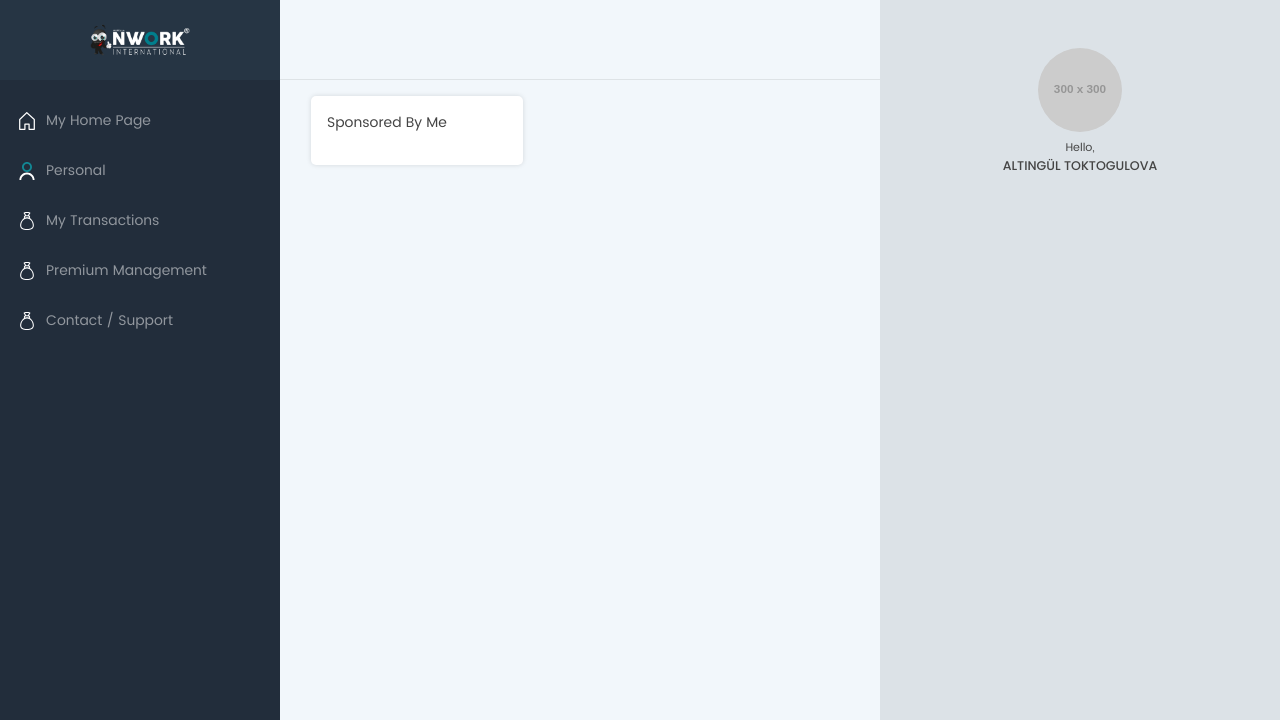
Repository: KayahanKahriman/nwork-admin
Page: index.html
These files come from the project's save history. The page is drawn as it stood at one moment and after the next save; the edit follows.
The browser window is 1280 px wide. The pictures show the whole page.
Some web fonts or font styles are not loaded; a fallback is used. The style sheet was rebuilt from its Sass, Less or Tailwind sources for each picture, by a compiler version that may differ from the author's.

Above is the page before, as saved 2021-06-09 16:15:33.

After the next save:
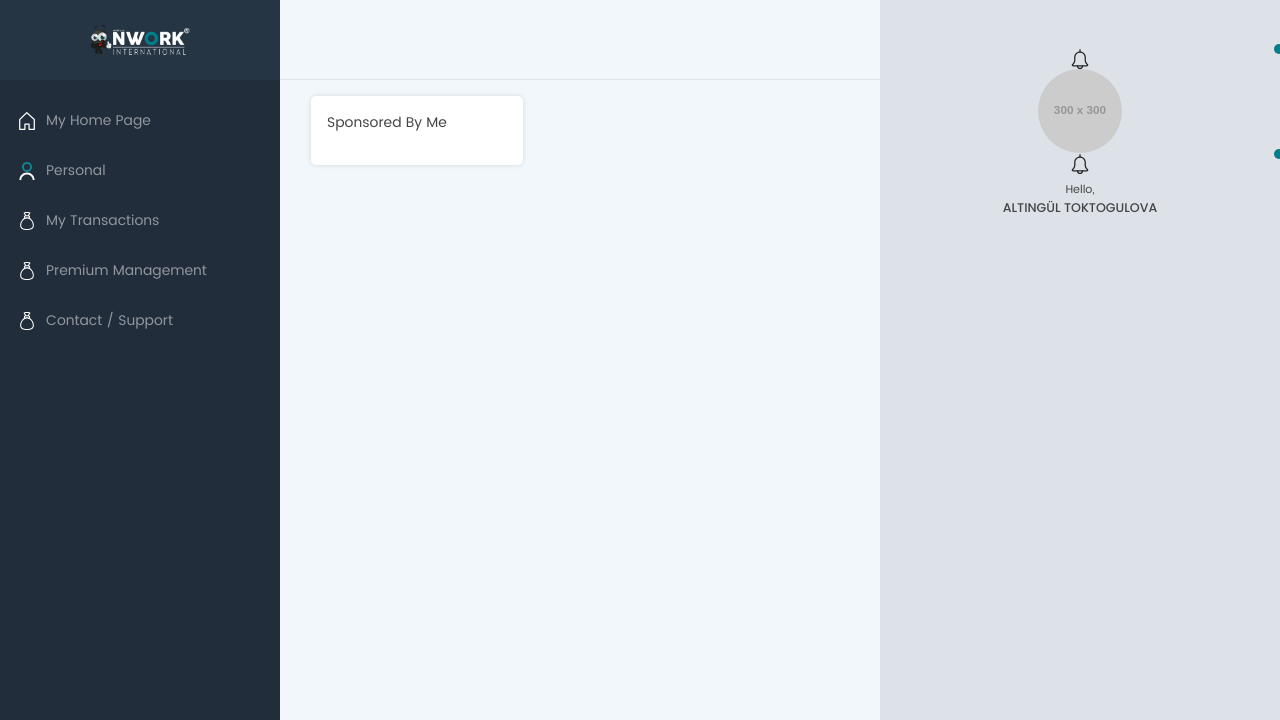
Saved 14 s later.
--- a/index.html
+++ b/index.html
@@ -105,9 +105,30 @@
     </main>
     <section id="user-aside" class="text-center py-5">
 
+        <div id="notification" class="has-notification">
+            <a href="#">
+                <svg fill="#242424" width="20" height="20" viewBox="-43 0 512 512">
+                    <path d="m213.332031 512c-44.117187 0-80-35.882812-80-80 0-8.832031 7.167969-16 16-16s16 7.167969 16 16c0 26.476562 21.527344 48 48 48 26.476563 0 48-21.523438 48-48 0-8.832031 7.167969-16 16-16s16 7.167969 16 16c0 44.117188-35.882812 80-80 80zm0 0"></path>
+                    <path d="m389.332031 448h-352c-20.585937 0-37.332031-16.746094-37.332031-37.332031 0-10.925781 4.757812-21.269531 13.054688-28.375 32.449218-27.414063 50.945312-67.261719 50.945312-109.480469v-59.480469c0-82.34375 66.988281-149.332031 149.332031-149.332031 82.347657 0 149.335938 66.988281 149.335938 149.332031v59.480469c0 42.21875 18.496093 82.066406 50.730469 109.332031 8.511718 7.253907 13.269531 17.597657 13.269531 28.523438 0 20.585937-16.746094 37.332031-37.335938 37.332031zm-176-352c-64.703125 0-117.332031 52.628906-117.332031 117.332031v59.480469c0 51.644531-22.632812 100.414062-62.078125 133.757812-.75.640626-1.921875 1.964844-1.921875 4.097657 0 2.898437 2.433594 5.332031 5.332031 5.332031h352c2.902344 0 5.335938-2.433594 5.335938-5.332031 0-2.132813-1.175781-3.457031-1.878907-4.054688-39.488281-33.386719-62.121093-82.15625-62.121093-133.800781v-59.480469c0-64.703125-52.628907-117.332031-117.335938-117.332031zm0 0"></path>
+                    <path d="m213.332031 96c-8.832031 0-16-7.167969-16-16v-64c0-8.832031 7.167969-16 16-16s16 7.167969 16 16v64c0 8.832031-7.167969 16-16 16zm0 0"></path>
+                </svg>
+                <i></i>
+            </a>
+        </div>
 
         <div id="user-image" class="d-flex m-auto">
             <img class="img-cover" src="//via.placeholder.com/300x300" alt="">
+        </div>
+
+        <div id="notification" class="has-notification">
+            <a href="#">
+                <svg fill="#242424" width="20" height="20" viewBox="-43 0 512 512">
+                    <path d="m213.332031 512c-44.117187 0-80-35.882812-80-80 0-8.832031 7.167969-16 16-16s16 7.167969 16 16c0 26.476562 21.527344 48 48 48 26.476563 0 48-21.523438 48-48 0-8.832031 7.167969-16 16-16s16 7.167969 16 16c0 44.117188-35.882812 80-80 80zm0 0"></path>
+                    <path d="m389.332031 448h-352c-20.585937 0-37.332031-16.746094-37.332031-37.332031 0-10.925781 4.757812-21.269531 13.054688-28.375 32.449218-27.414063 50.945312-67.261719 50.945312-109.480469v-59.480469c0-82.34375 66.988281-149.332031 149.332031-149.332031 82.347657 0 149.335938 66.988281 149.335938 149.332031v59.480469c0 42.21875 18.496093 82.066406 50.730469 109.332031 8.511718 7.253907 13.269531 17.597657 13.269531 28.523438 0 20.585937-16.746094 37.332031-37.335938 37.332031zm-176-352c-64.703125 0-117.332031 52.628906-117.332031 117.332031v59.480469c0 51.644531-22.632812 100.414062-62.078125 133.757812-.75.640626-1.921875 1.964844-1.921875 4.097657 0 2.898437 2.433594 5.332031 5.332031 5.332031h352c2.902344 0 5.335938-2.433594 5.335938-5.332031 0-2.132813-1.175781-3.457031-1.878907-4.054688-39.488281-33.386719-62.121093-82.15625-62.121093-133.800781v-59.480469c0-64.703125-52.628907-117.332031-117.335938-117.332031zm0 0"></path>
+                    <path d="m213.332031 96c-8.832031 0-16-7.167969-16-16v-64c0-8.832031 7.167969-16 16-16s16 7.167969 16 16v64c0 8.832031-7.167969 16-16 16zm0 0"></path>
+                </svg>
+                <i></i>
+            </a>
         </div>
 
         <div id="user" class="mt-2">
